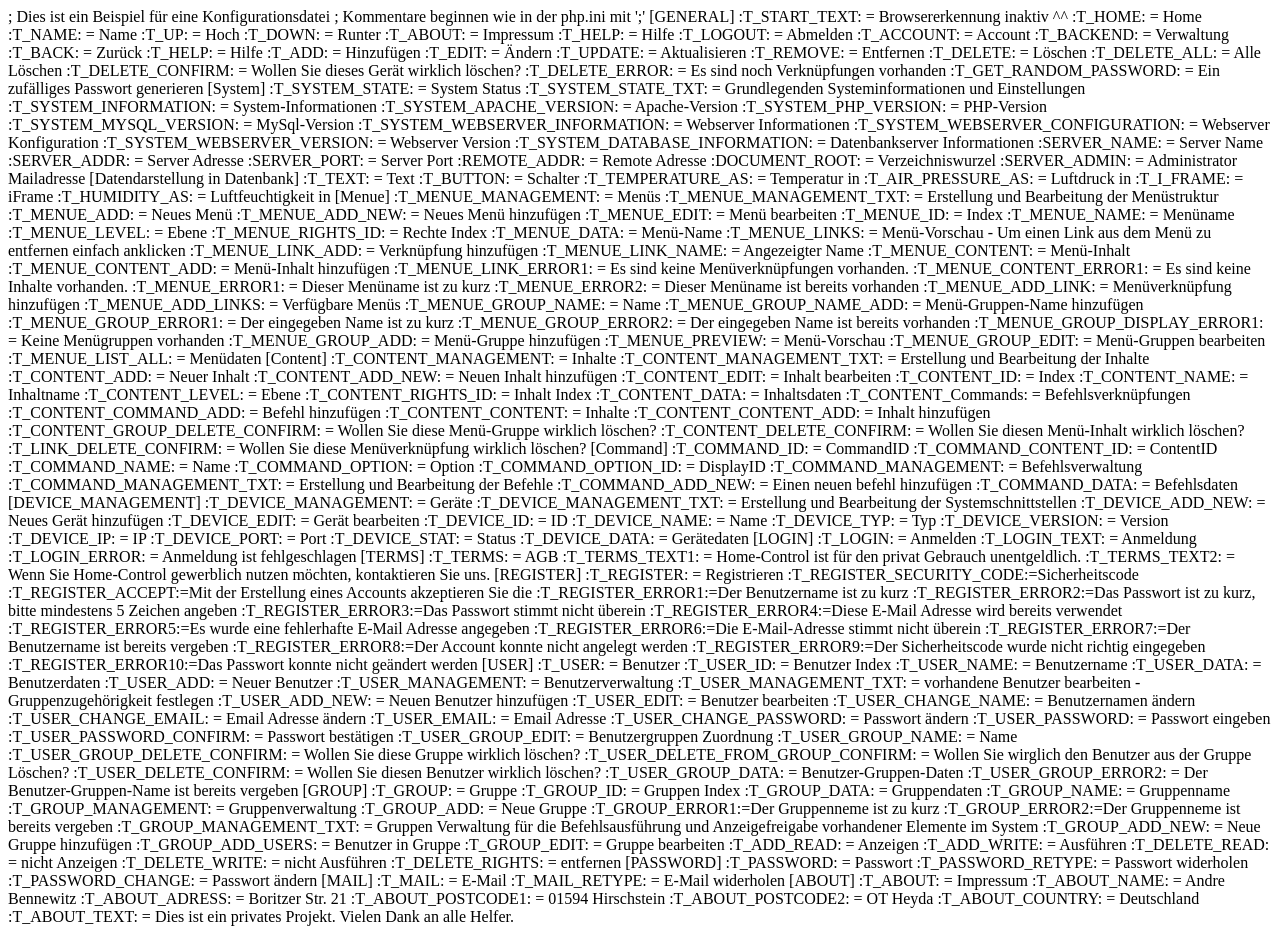
Repository: 0xF3ERROR/Home-Control
Page: http://localhost/language/lang_Ger.php
The author's editor kept a copy of each file at every save. The page is drawn from the files as they stood at one save, then again after the next save.
The browser window is 1280 px wide. The pictures show the whole page.
The page is run by PHP 8.4 with error messages shown; the project is at /var/www/html/.

Above is the page before, as saved 2012-09-16 16:40:52.

### Source/language/lang_Ger.php
; Dies ist ein Beispiel für eine Konfigurationsdatei
; Kommentare beginnen wie in der php.ini mit ';'


[GENERAL]
:T_START_TEXT: = Browsererkennung inaktiv ^^
:T_HOME: = Home
:T_NAME: = Name
:T_UP: = Hoch
:T_DOWN: = Runter
:T_ABOUT: = Impressum
:T_HELP: = Hilfe
:T_LOGOUT: = Abmelden
:T_ACCOUNT: = Account
:T_BACKEND: = Verwaltung
:T_BACK: = Zurück
:T_HELP: = Hilfe
:T_ADD: = Hinzufügen
:T_EDIT: = Ändern
:T_UPDATE: = Aktualisieren
:T_REMOVE: = Entfernen
:T_DELETE: = Löschen
:T_DELETE_ALL: = Alle Löschen
:T_DELETE_CONFIRM: = Wollen Sie dieses Gerät wirklich löschen?
:T_DELETE_ERROR: = Es sind noch Verknüpfungen vorhanden
:T_GET_RANDOM_PASSWORD: = Ein zufälliges Passwort generieren


[System]
:T_SYSTEM_STATE: = System Status
:T_SYSTEM_STATE_TXT: = Grundlegenden Systeminformationen und Einstellungen
:T_SYSTEM_INFORMATION: = System-Informationen
:T_SYSTEM_APACHE_VERSION: = Apache-Version
:T_SYSTEM_PHP_VERSION: = PHP-Version
:T_SYSTEM_MYSQL_VERSION: = MySql-Version
:T_SYSTEM_WEBSERVER_INFORMATION: = Webserver Informationen
:T_SYSTEM_WEBSERVER_CONFIGURATION: = Webserver Konfiguration
:T_SYSTEM_WEBSERVER_VERSION: = Webserver Version
:T_SYSTEM_DATABASE_INFORMATION: = Datenbankserver Informationen
:SERVER_NAME: = Server Name
:SERVER_ADDR: = Server Adresse
:SERVER_PORT: = Server Port
:REMOTE_ADDR: = Remote Adresse
:DOCUMENT_ROOT: = Verzeichniswurzel
:SERVER_ADMIN: = Administrator Mailadresse





[Datendarstellung in Datenbank]
:T_TEXT: = Text
:T_BUTTON: = Schalter
:T_TEMPERATURE_AS: = Temperatur in
:T_AIR_PRESSURE_AS: = Luftdruck in
:T_I_FRAME: = iFrame
:T_HUMIDITY_AS: = Luftfeuchtigkeit in



[Menue]
:T_MENUE_MANAGEMENT: = Menüs
:T_MENUE_MANAGEMENT_TXT: = Erstellung und Bearbeitung der Menüstruktur
:T_MENUE_ADD: = Neues Menü
:T_MENUE_ADD_NEW: = Neues Menü hinzufügen
:T_MENUE_EDIT: = Menü bearbeiten
:T_MENUE_ID: = Index
:T_MENUE_NAME: = Menüname
:T_MENUE_LEVEL: = Ebene
:T_MENUE_RIGHTS_ID: = Rechte Index
:T_MENUE_DATA: = Menü-Name
:T_MENUE_LINKS: = Menü-Vorschau - Um einen Link aus dem Menü zu entfernen einfach anklicken
:T_MENUE_LINK_ADD: = Verknüpfung hinzufügen
:T_MENUE_LINK_NAME: = Angezeigter Name
:T_MENUE_CONTENT: = Menü-Inhalt
:T_MENUE_CONTENT_ADD: = Menü-Inhalt hinzufügen
:T_MENUE_LINK_ERROR1: = Es sind keine Menüverknüpfungen vorhanden.
:T_MENUE_CONTENT_ERROR1: = Es sind keine Inhalte vorhanden.
:T_MENUE_ERROR1: = Dieser Menüname ist zu kurz
:T_MENUE_ERROR2: = Dieser Menüname ist bereits vorhanden
:T_MENUE_ADD_LINK: = Menüverknüpfung hinzufügen
:T_MENUE_ADD_LINKS: = Verfügbare Menüs
:T_MENUE_GROUP_NAME: = Name
:T_MENUE_GROUP_NAME_ADD: = Menü-Gruppen-Name hinzufügen
:T_MENUE_GROUP_ERROR1: = Der eingegeben Name ist zu kurz
:T_MENUE_GROUP_ERROR2: = Der eingegeben Name ist bereits vorhanden
:T_MENUE_GROUP_DISPLAY_ERROR1: = Keine Menügruppen vorhanden
:T_MENUE_GROUP_ADD: = Menü-Gruppe hinzufügen
:T_MENUE_PREVIEW: = Menü-Vorschau
:T_MENUE_GROUP_EDIT: = Menü-Gruppen bearbeiten
:T_MENUE_LIST_ALL: = Menüdaten

[Content]
:T_CONTENT_MANAGEMENT: = Inhalte
:T_CONTENT_MANAGEMENT_TXT: = Erstellung und Bearbeitung der Inhalte
:T_CONTENT_ADD: = Neuer Inhalt
:T_CONTENT_ADD_NEW: = Neuen Inhalt hinzufügen
:T_CONTENT_EDIT: = Inhalt bearbeiten
:T_CONTENT_ID: = Index
:T_CONTENT_NAME: = Inhaltname
:T_CONTENT_LEVEL: = Ebene
:T_CONTENT_RIGHTS_ID: = Inhalt Index
:T_CONTENT_DATA: = Inhaltsdaten
:T_CONTENT_Commands: = Befehlsverknüpfungen
:T_CONTENT_COMMAND_ADD: = Befehl hinzufügen
:T_CONTENT_CONTENT: = Inhalte
:T_CONTENT_CONTENT_ADD: = Inhalt hinzufügen
:T_CONTENT_GROUP_DELETE_CONFIRM: = Wollen Sie diese Menü-Gruppe wirklich löschen?
:T_CONTENT_DELETE_CONFIRM: = Wollen Sie diesen Menü-Inhalt wirklich löschen?
:T_LINK_DELETE_CONFIRM: = Wollen Sie diese Menüverknüpfung wirklich löschen?



[Command]
:T_COMMAND_ID: = CommandID
:T_COMMAND_CONTENT_ID: = ContentID
:T_COMMAND_NAME: = Name
:T_COMMAND_OPTION: = Option
:T_COMMAND_OPTION_ID: = DisplayID
:T_COMMAND_MANAGEMENT: = Befehlsverwaltung
:T_COMMAND_MANAGEMENT_TXT: = Erstellung und Bearbeitung der Befehle
:T_COMMAND_ADD_NEW: = Einen neuen befehl hinzufügen
:T_COMMAND_DATA: = Befehlsdaten


[DEVICE_MANAGEMENT]
:T_DEVICE_MANAGEMENT: = Geräte
:T_DEVICE_MANAGEMENT_TXT: = Erstellung und Bearbeitung der Systemschnittstellen
:T_DEVICE_ADD_NEW: = Neues Gerät hinzufügen
:T_DEVICE_EDIT: = Gerät bearbeiten
:T_DEVICE_ID: = ID
:T_DEVICE_NAME: = Name
:T_DEVICE_TYP: = Typ
:T_DEVICE_VERSION: = Version
:T_DEVICE_IP: = IP
:T_DEVICE_PORT: = Port
:T_DEVICE_STAT: = Status
:T_DEVICE_DATA: = Gerätedaten


[LOGIN]
:T_LOGIN: = Anmelden
:T_LOGIN_TEXT: = Anmeldung
:T_LOGIN_ERROR: = Anmeldung ist fehlgeschlagen


[TERMS]
:T_TERMS: = AGB
:T_TERMS_TEXT1: = Home-Control ist für den privat Gebrauch unentgeldlich.
:T_TERMS_TEXT2: = Wenn Sie Home-Control gewerblich nutzen möchten, kontaktieren Sie uns.


[REGISTER]
:T_REGISTER: = Registrieren
:T_REGISTER_SECURITY_CODE:=Sicherheitscode
:T_REGISTER_ACCEPT:=Mit der Erstellung eines Accounts akzeptieren Sie die
:T_REGISTER_ERROR1:=Der Benutzername ist zu kurz
:T_REGISTER_ERROR2:=Das Passwort ist zu kurz, bitte mindestens 5 Zeichen angeben
:T_REGISTER_ERROR3:=Das Passwort stimmt nicht überein
:T_REGISTER_ERROR4:=Diese E-Mail Adresse wird bereits verwendet
:T_REGISTER_ERROR5:=Es wurde eine fehlerhafte E-Mail Adresse angegeben
:T_REGISTER_ERROR6:=Die E-Mail-Adresse stimmt nicht überein
:T_REGISTER_ERROR7:=Der Benutzername ist bereits vergeben
:T_REGISTER_ERROR8:=Der Account konnte nicht angelegt werden
:T_REGISTER_ERROR9:=Der Sicherheitscode wurde nicht richtig eingegeben
:T_REGISTER_ERROR10:=Das Passwort konnte nicht geändert werden


[USER]
:T_USER: = Benutzer
:T_USER_ID: = Benutzer Index
:T_USER_NAME: = Benutzername
:T_USER_DATA: = Benutzerdaten
:T_USER_ADD: = Neuer Benutzer
:T_USER_MANAGEMENT: = Benutzerverwaltung
:T_USER_MANAGEMENT_TXT: = vorhandene Benutzer bearbeiten - Gruppenzugehörigkeit festlegen
:T_USER_ADD_NEW: = Neuen Benutzer hinzufügen
:T_USER_EDIT: = Benutzer bearbeiten
:T_USER_CHANGE_NAME: = Benutzernamen ändern
:T_USER_CHANGE_EMAIL: = Email Adresse ändern
:T_USER_EMAIL: = Email Adresse
:T_USER_CHANGE_PASSWORD: = Passwort ändern
:T_USER_PASSWORD: = Passwort eingeben
:T_USER_PASSWORD_CONFIRM: = Passwort bestätigen
:T_USER_GROUP_EDIT: = Benutzergruppen Zuordnung
:T_USER_GROUP_NAME: = Name
:T_USER_GROUP_DELETE_CONFIRM: = Wollen Sie diese Gruppe wirklich löschen?
:T_USER_DELETE_FROM_GROUP_CONFIRM: = Wollen Sie wirglich den Benutzer aus der Gruppe Löschen?
:T_USER_DELETE_CONFIRM: = Wollen Sie diesen Benutzer wirklich löschen?
:T_USER_GROUP_DATA: = Benutzer-Gruppen-Daten
:T_USER_GROUP_ERROR2: = Der Benutzer-Gruppen-Name ist bereits vergeben

[GROUP]
:T_GROUP: = Gruppe
:T_GROUP_ID: = Gruppen Index
:T_GROUP_DATA: = Gruppendaten
:T_GROUP_NAME: = Gruppenname
:T_GROUP_MANAGEMENT: = Gruppenverwaltung
:T_GROUP_ADD: = Neue Gruppe
:T_GROUP_ERROR1:=Der Gruppenneme ist zu kurz
:T_GROUP_ERROR2:=Der Gruppenneme ist bereits vergeben
:T_GROUP_MANAGEMENT_TXT: = Gruppen Verwaltung für die Befehlsausführung und Anzeigefreigabe vorhandener Elemente im System
:T_GROUP_ADD_NEW: = Neue Gruppe hinzufügen
:T_GROUP_ADD_USERS: = Benutzer in Gruppe
:T_GROUP_EDIT: = Gruppe bearbeiten
:T_ADD_READ: = Anzeigen
:T_ADD_WRITE: = Ausführen
:T_DELETE_READ: = nicht Anzeigen
:T_DELETE_WRITE: = nicht Ausführen
:T_DELETE_RIGHTS: = entfernen

[PASSWORD]
:T_PASSWORD: = Passwort
:T_PASSWORD_RETYPE: = Passwort widerholen
:T_PASSWORD_CHANGE: = Passwort ändern


[MAIL]
:T_MAIL: = E-Mail
:T_MAIL_RETYPE: = E-Mail widerholen


[ABOUT]
:T_ABOUT: = Impressum
:T_ABOUT_NAME: = Andre Bennewitz
:T_ABOUT_ADRESS: = Boritzer Str. 21
:T_ABOUT_POSTCODE1: = 01594 Hirschstein
:T_ABOUT_POSTCODE2: = OT Heyda
:T_ABOUT_COUNTRY: = Deutschland
:T_ABOUT_TEXT: = Dies ist ein privates Projekt. Vielen Dank an alle Helfer.

After the next save:
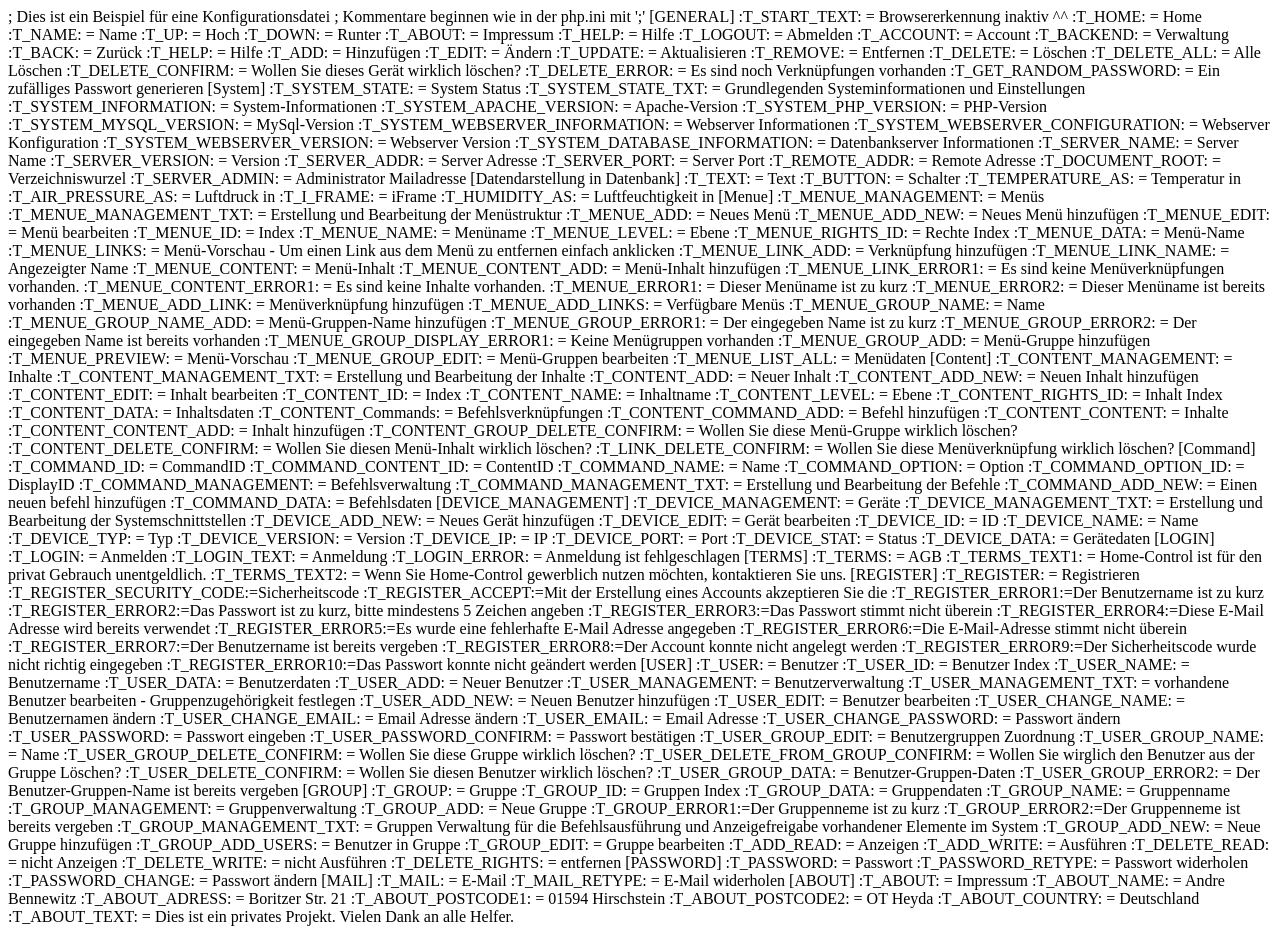
Saved 107 s later.
--- a/Source/language/lang_Ger.php
+++ b/Source/language/lang_Ger.php
@@ -37,12 +37,13 @@
 :T_SYSTEM_WEBSERVER_CONFIGURATION: = Webserver Konfiguration
 :T_SYSTEM_WEBSERVER_VERSION: = Webserver Version
 :T_SYSTEM_DATABASE_INFORMATION: = Datenbankserver Informationen
-:SERVER_NAME: = Server Name
-:SERVER_ADDR: = Server Adresse
-:SERVER_PORT: = Server Port
-:REMOTE_ADDR: = Remote Adresse
-:DOCUMENT_ROOT: = Verzeichniswurzel
-:SERVER_ADMIN: = Administrator Mailadresse
+:T_SERVER_NAME: = Server Name
+:T_SERVER_VERSION: = Version
+:T_SERVER_ADDR: = Server Adresse
+:T_SERVER_PORT: = Server Port
+:T_REMOTE_ADDR: = Remote Adresse
+:T_DOCUMENT_ROOT: = Verzeichniswurzel
+:T_SERVER_ADMIN: = Administrator Mailadresse
 
 
 
